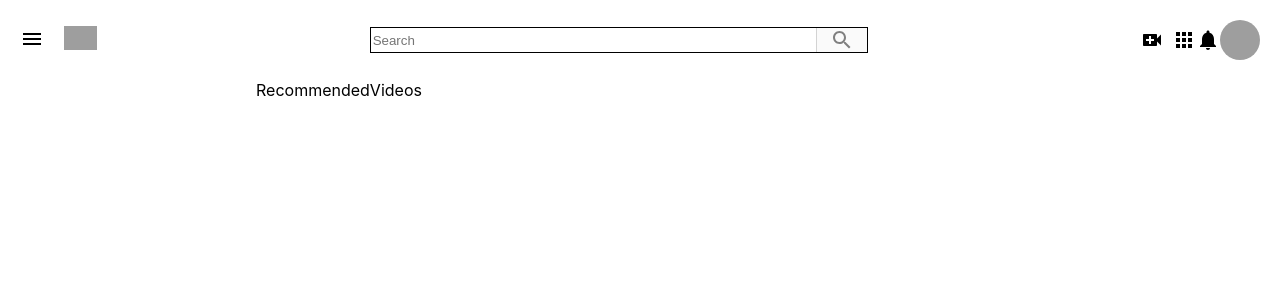
Repository: SubhashiniSundaresan/youtube-clone
Page: /search/
The author's editor kept a copy of each file at every save. The page is drawn from the files as they stood at one save, then again after the next save.
The browser window is 1280 px wide. The pictures show the whole page.
Pictures or frames that could not be fetched are drawn as grey boxes. The project was rebuilt for these pictures with package versions that can differ from the ones it lists, and the page was loaded fresh each time.

Above is the page before, as saved 2020-12-23 15:20:59.

After the next save:
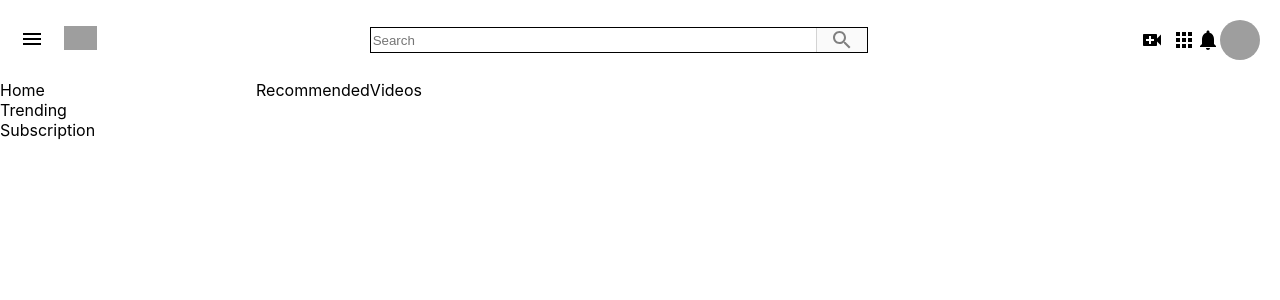
Saved 18 s later.
--- a/src/SidebarRow.js
+++ b/src/SidebarRow.js
@@ -1,7 +1,7 @@
 import React from "react";
 
 function SidebarRow({ title }) {
-  return <div></div>;
+  return <div>{title}</div>;
 }
 
 export default SidebarRow;
